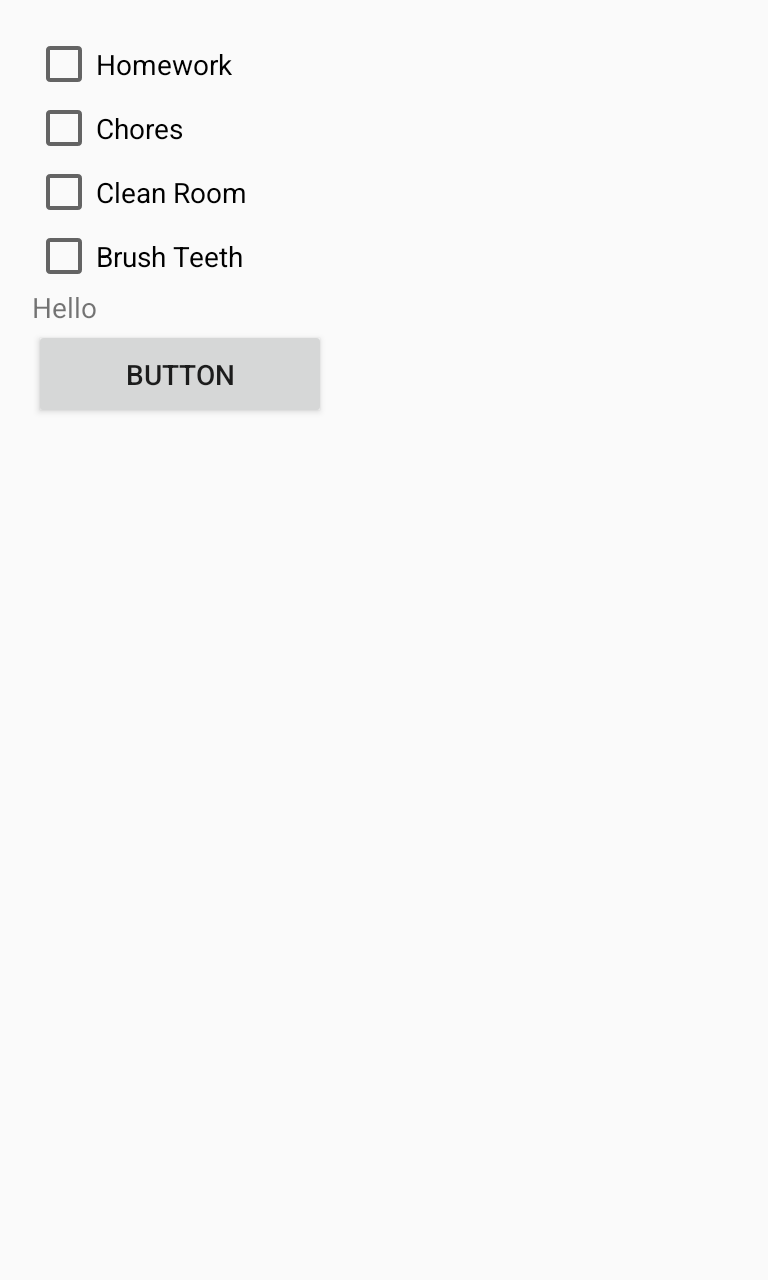
Repository: g80349/Java1
Layout: Week1 Project/ToDoList/res/layout/fragment_main.xml
The author's editor kept a copy of each file at every save. The layout is drawn from the files as they stood at one save, then again after the next save.
It is drawn on a 768 x 1280 px phone screen (xhdpi) without system bars, with theme AppTheme; the app's code is not run.

Above is the layout before, as saved 2014-04-03 17:17:44.

### Week1 Project/ToDoList/res/layout/fragment_main.xml
<LinearLayout xmlns:android="http://schemas.android.com/apk/res/android"
    xmlns:tools="http://schemas.android.com/tools"
    android:layout_width="match_parent"
    android:layout_height="match_parent"
    android:orientation="vertical"
    android:paddingBottom="@dimen/activity_vertical_margin"
    android:paddingLeft="@dimen/activity_horizontal_margin"
    android:paddingRight="@dimen/activity_horizontal_margin"
    android:paddingTop="@dimen/activity_vertical_margin"
    tools:context="com.example.todolist.MainActivity$PlaceholderFragment" >

    <CheckBox
        android:id="@+id/check_homework"
        android:layout_width="wrap_content"
        android:layout_height="wrap_content"
        android:text="@string/check_homework" />

    <CheckBox
        android:id="@+id/check_chores"
        android:layout_width="wrap_content"
        android:layout_height="wrap_content"
        android:text="@string/check_chores" />

    <CheckBox
        android:id="@+id/check_cleanRoom"
        android:layout_width="wrap_content"
        android:layout_height="wrap_content"
        android:text="@string/check_cleanRoom" />

    <CheckBox
        android:id="@+id/check_brushTeeth"
        android:layout_width="wrap_content"
        android:layout_height="wrap_content"
        android:text="@string/check_brushTeeth" />

    <TextView
        android:id="@+id/textView_toDo"
        android:layout_width="wrap_content"
        android:layout_height="wrap_content"
        android:text="@string/textView_toDo" />

    <Button
        android:id="@+id/button1"
        android:layout_width="148dp"
        android:layout_height="wrap_content"
        android:text="Button" />

</LinearLayout>

### Week1 Project/ToDoList/res/values/strings.xml
<?xml version="1.0" encoding="utf-8"?>
<resources>

    <string name="app_name">To Do List</string>
    <string name="check_homework">Homework</string>
    <string name="check_chores">Chores</string>
    <string name="check_cleanRoom">Clean Room</string>
    <string name="check_brushTeeth">Brush Teeth</string>
    <string name="button_clear">Clear</string>
    <string name="textView_toDo">Hello</string>
    <string name="action_settings">Settings</string>

</resources>

Loaded but not shown: Week1 Project/ToDoList/res/values/styles.xml (common file); Week1 Project/ToDoList/res/values-v11/styles.xml (common file); Week1 Project/ToDoList/res/values-v14/styles.xml (common file); Week1 Project/ToDoList/res/values/dimens.xml (common file); Week1 Project/ToDoList/res/values-w820dp/dimens.xml (common file)

After the next save:
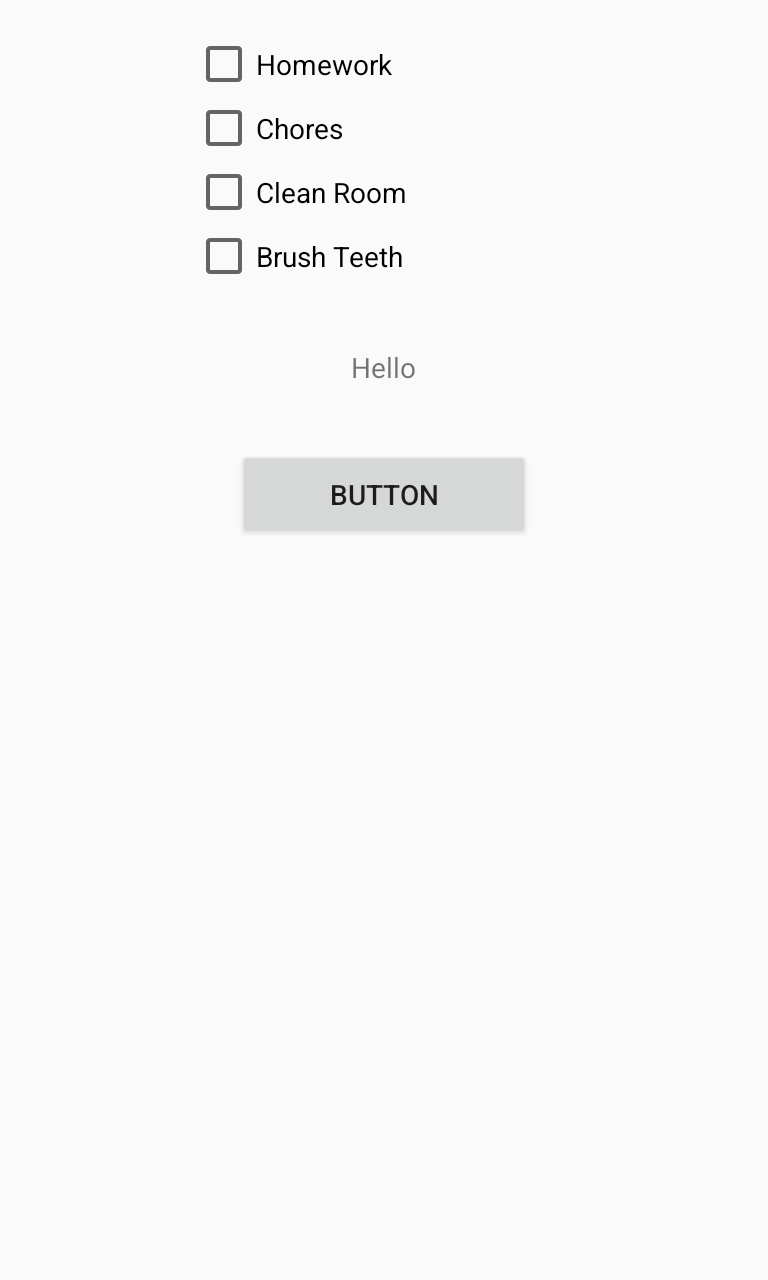
Saved 4 min 6 s later.
--- a/Week1 Project/ToDoList/res/layout/fragment_main.xml
+++ b/Week1 Project/ToDoList/res/layout/fragment_main.xml
@@ -13,36 +13,44 @@
         android:id="@+id/check_homework"
         android:layout_width="wrap_content"
         android:layout_height="wrap_content"
+        android:layout_marginLeft="80dp"
         android:text="@string/check_homework" />
 
     <CheckBox
         android:id="@+id/check_chores"
         android:layout_width="wrap_content"
         android:layout_height="wrap_content"
+        android:layout_marginLeft="80dp"
         android:text="@string/check_chores" />
 
     <CheckBox
         android:id="@+id/check_cleanRoom"
         android:layout_width="wrap_content"
         android:layout_height="wrap_content"
+        android:layout_marginLeft="80dp"
         android:text="@string/check_cleanRoom" />
 
     <CheckBox
         android:id="@+id/check_brushTeeth"
         android:layout_width="wrap_content"
         android:layout_height="wrap_content"
+        android:layout_marginLeft="80dp"
         android:text="@string/check_brushTeeth" />
 
     <TextView
         android:id="@+id/textView_toDo"
         android:layout_width="wrap_content"
         android:layout_height="wrap_content"
+        android:layout_gravity="center_horizontal"
+        android:layout_marginBottom="30dp"
+        android:layout_marginTop="30dp"
         android:text="@string/textView_toDo" />
 
     <Button
         android:id="@+id/button1"
         android:layout_width="148dp"
         android:layout_height="wrap_content"
+        android:layout_gravity="center"
         android:text="Button" />
 
 </LinearLayout>
